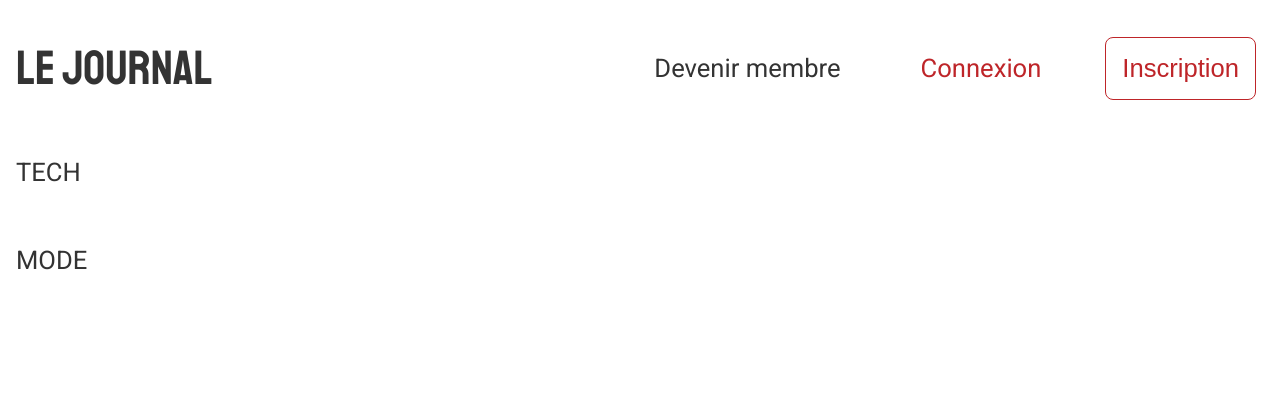
Repository: AmelYahyaoui/journal
Page: index.html
The author's editor kept a copy of each file at every save. The page is drawn from the files as they stood at one save, then again after the next save.
The browser window is 1280 px wide. The pictures show the whole page.
Some web libraries are served in a nearby version.

Above is the page before, as saved 2024-10-08 09:41:55.

### index.html
<!DOCTYPE html>
<html lang="en">
<head>
  <meta charset="UTF-8">
  <meta name="viewport" content="width=device-width, initial-scale=1.0">
  <link rel="stylesheet" href="./css/style.css">
  <!-- font awesome pour les icons -->
  <script src="https://kit.fontawesome.com/86cd9e8130.js" crossorigin="anonymous"></script>
  <link rel="stylesheet" media="only screen and (max-width:500px)"  href="./css/style.mobile.css">
  <!-- googl fonts(font family on deux:staatliches et roboto) -->
  <link href="https://fonts.googleapis.com/css2?family=Staatliches&display=swap" rel="stylesheet">
  <link href="https://fonts.googleapis.com/css2?family=Roboto:ital,wght@0,100;0,300;0,400;0,500;0,700;0,900;1,100;1,300;1,400;1,500;1,700;1,900&family=Staatliches&display=swap" rel="stylesheet">
  <title>Document</title>
</head>
<body>
  <header>
    <a href="#" class="logo">le journal</a>
    <ul>
      <li><a href="">Devenir membre</a></li>
      <li><a class="text-primary" href="">Connexion</a></li>
      <li><button class="btn btn-light" href="">Inscription</></li>
    </ul>
    <nav>
      <a href="">TECH</a>
      <a href="">MODE</a>
      <a href=""></a>
      <a href=""></a>
      <a href=""></a>
      <a href=""></a>
    </nav>
  </header>
</body>
</html>

### css/style.css
/* & reset */
* {
  margin: 0;
  padding: 0;
  box-sizing: border-box;
}

/* ^ general  */
/* def pour color */
:root {
  --primary: #be2529;
  --dark: #333;
  --secondary: #0d0d0d;
  --gray: #ddd;
  --gray-light: #eee;
  --gray-hint: #555;

}

/* pour tout html */
:root {
  font-size: 1100;
}

body {
  font-family: "Roboto", sans-serif;
  font-size: 1.6rem;

}

h1,
h2,
h3,
h4,
h5,
h6 {
  font-family: "Staatliches", cursive;
}

a {
  font-size: 1.6rem;
  color: var(--dark);
  text-decoration: none;
}

ul {
  list-style: none;
}

/* ~ utility */
.container {
  display: block;
  margin: auto;
  max-width: 1100px;
  height: 1500px;
}

.text-primary {
  color: var(--primary);
}

/* hover simple */
.text-primary:hover {
  opacity: 0.8;
}

.btn {
  font-size: 1.6rem;
  padding: 1rem 1rem;
  border-radius: 0.5rem;
  cursor: pointer;
  border: 0px;
  -webkit-border-radius: 0.5rem;
  -moz-border-radius: 0.5rem;
  -ms-border-radius: 0.5rem;
  -o-border-radius: 0.5rem;
  transition: 0.2s;
  -webkit-transition: 0.2s;
  -moz-transition: 0.2s;
  -ms-transition: 0.2s;
  -o-transition: 0.2s;
}

.btn-light {
  background: white;
  border: 1px solid var(--primary);
  color: var(--primary);
}

.btn-light:hover {
  background: var(--primary);
  color: white
}








/* ~ Header */

header {
  display: grid;
  grid-template-columns: 1fr auto;
  place-items: center start;
  line-height: 3.5rem;
  margin: 0.5rem auto;
}

header .logo {
  font-size: 3rem;
  font-family: "Staatliches", cursive;
}

header a {
  display: block;
  padding: 1rem;
}

header ul {
  display: flex;
  align-items: center;
}

header ul li {
  padding: 1rem 1.5rem;
}

Loaded but not shown: css/style.mobile.css (no stored copy; drawn as an empty file)

After the next save:
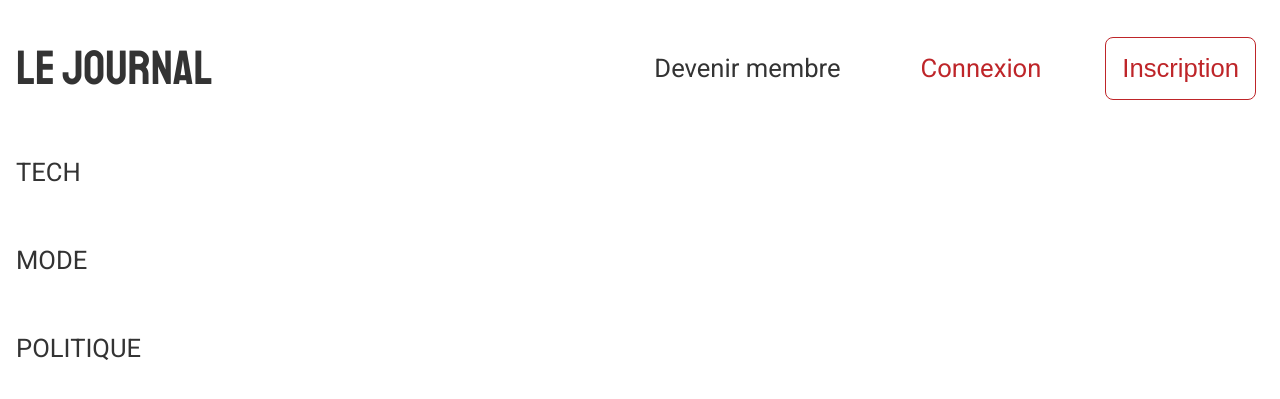
Saved 9 s later.
--- a/index.html
+++ b/index.html
@@ -23,7 +23,7 @@
     <nav>
       <a href="">TECH</a>
       <a href="">MODE</a>
-      <a href=""></a>
+      <a href="">POLITIQUE</a>
       <a href=""></a>
       <a href=""></a>
       <a href=""></a>
